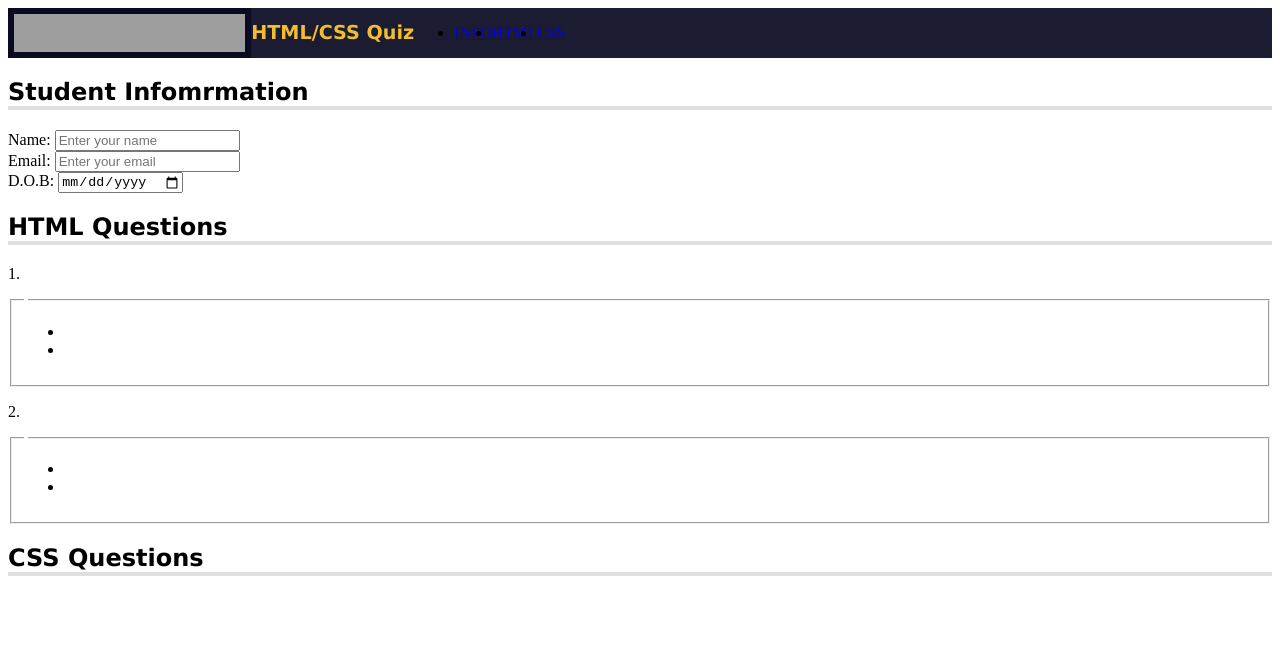
Repository: Lungdjos/accessibility_build_quiz
Page: index.html
An editor plug-in stored every save of this project. The page is shown before and after the next save, followed by the edit.
The browser window is 1280 px wide. The pictures show the whole page.
Pictures or frames that could not be fetched are drawn as grey boxes.

Above is the page before, as saved 2023-10-28 11:06:26.

After the next save:
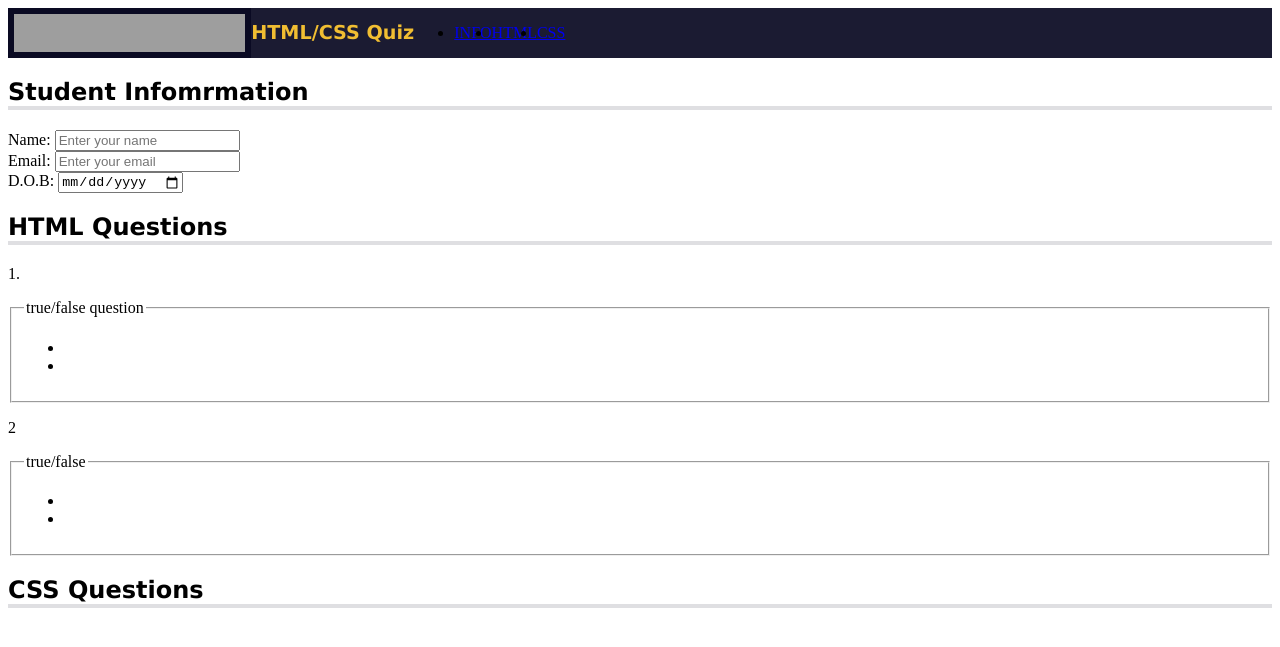
Saved 15 min 6 s later.
--- a/index.html
+++ b/index.html
@@ -49,19 +49,19 @@
                 <h2 id="html-questions">HTML Questions</h2>
                 <div class="question-block">
                     <p>1.</p>
-                    <fieldset class="question">
-                        <legend></legend>
-                        <ul>
+                    <fieldset name="first-question" class="question">
+                        <legend>true/false question</legend>
+                        <ul class="answers-list">
                             <li></li>
                             <li></li>
                         </ul>
                     </fieldset>
                 </div>
                 <div class="question-block">
-                    <p>2.</p>
-                    <fieldset class="question">
-                        <legend></legend>
-                        <ul>
+                    <p>2</p>
+                    <fieldset name="second-question" class="question">
+                        <legend>true/false</legend>
+                        <ul class="answers-list">
                             <li></li>
                             <li></li>
                         </ul>
